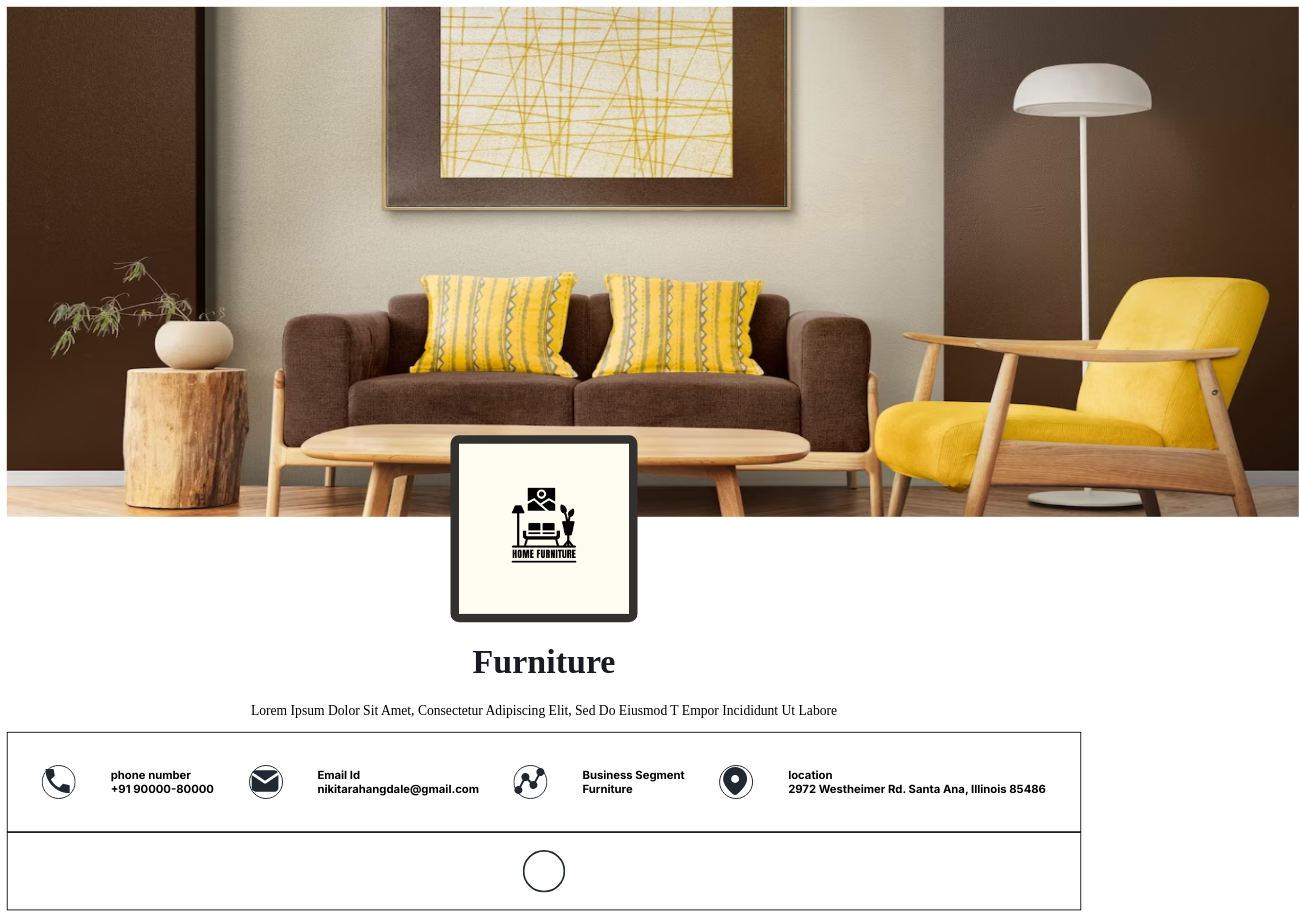
Repository: nikita120402/next13-deploy
Page: /
An editor plug-in stored every save of this project. The page is shown before and after the next save, followed by the edit.
The browser window is 1280 px wide. The page is 1528 px wide, so the pictures cover 1528 px, including what lies to the right of the window. The pictures show the whole page, at 85% of full size.
The project was rebuilt for these pictures with package versions that can differ from the ones it lists, and the page was loaded fresh each time. The framework's server and built-in components were replaced by stand-ins that run in the browser. Also part of the build but not shown: next.config.js.

Above is the page before, as saved 2023-08-02 16:37:25.

After the next save:
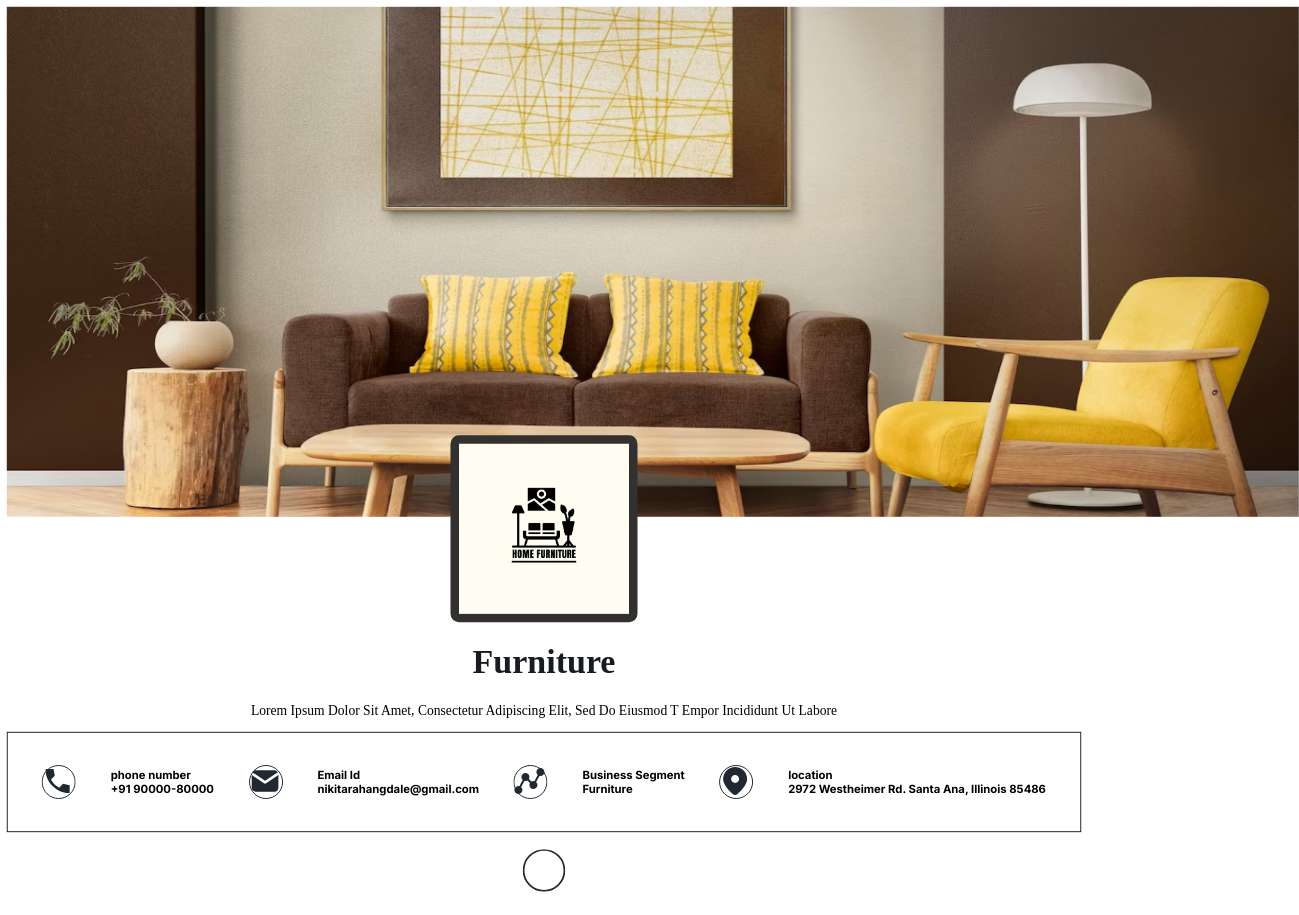
Saved 15 s later.
--- a/src/app/Design.module.css
+++ b/src/app/Design.module.css
@@ -22,7 +22,7 @@
 .icon1{
     display: flex;
     margin-left:auto;
-    border: solid 1px black;
+    border: solid 0px black;
     padding: 20px;
     justify-content: space-around;
     align-items: center;
